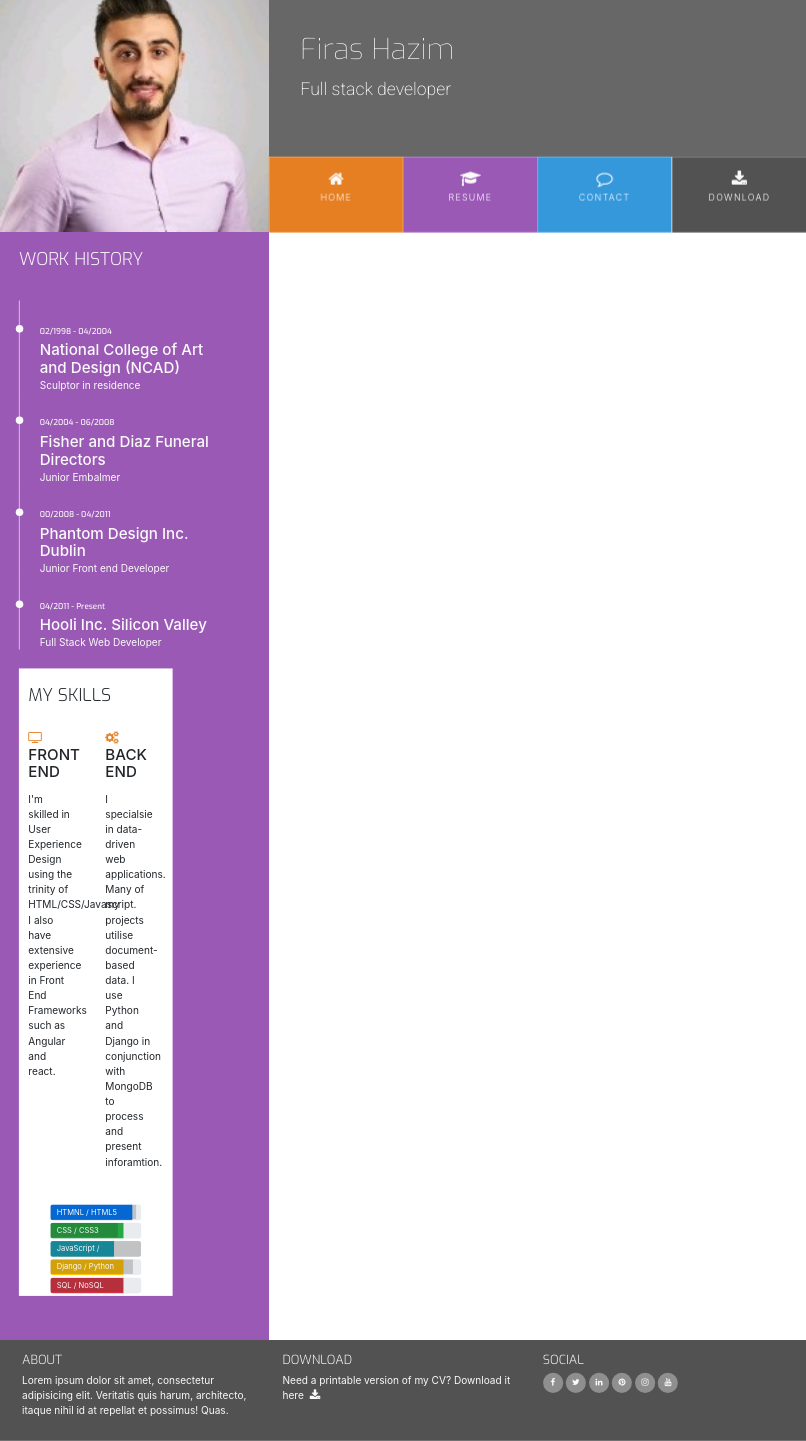
Repository: FirasH94/ResumeProject
Page: resume.html
The author's editor kept a record of every edit. The page is drawn from the files as they stood at one moment, then again after the next edit.
The browser window is 1280 px wide. The pictures show the whole page, at 63% of full size.

Above is the page before.

After the next edit:
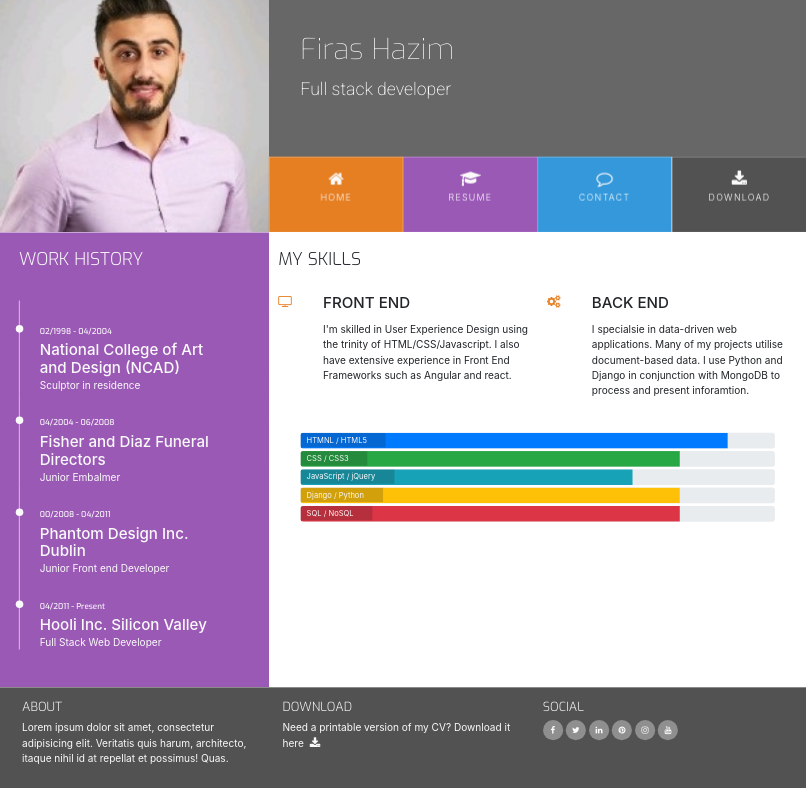
The edit:
--- a/resume.html
+++ b/resume.html
@@ -54,23 +54,24 @@
                         </h3>
                     </div>
                 </div>
-                <div class="history-items">
-                    <div class="timeline-item" data-dates="02/1998 - 04/2004">
-                        <h4>National College of Art and Design (NCAD)</h4>
-                        <p>Sculptor in residence</p>
-                        </div>
-                        <div class="timeline-item" data-dates="04/2004 - 06/2008">
-                            <h4>Fisher and Diaz Funeral Directors</h4>
-                            <p>Junior Embalmer</p>
-                        </div>
-                        <div class="timeline-item" data-dates="00/2008 - 04/2011">
-                            <h4>Phantom Design Inc. Dublin</h4>
-                            <p>Junior Front end Developer</p>
-                        </div>
-                        <div class="timeline-item" data-dates="04/2011 - Present">
-                            <h4>Hooli Inc. Silicon Valley</h4>
-                            <p>Full Stack Web Developer</p>
-                        </div>
+                    <div class="history-items">
+                        <div class="timeline-item" data-dates="02/1998 - 04/2004">
+                            <h4>National College of Art and Design (NCAD)</h4>
+                            <p>Sculptor in residence</p>
+                            </div>
+                            <div class="timeline-item" data-dates="04/2004 - 06/2008">
+                                <h4>Fisher and Diaz Funeral Directors</h4>
+                                <p>Junior Embalmer</p>
+                            </div>
+                            <div class="timeline-item" data-dates="00/2008 - 04/2011">
+                                <h4>Phantom Design Inc. Dublin</h4>
+                                <p>Junior Front end Developer</p>
+                            </div>
+                            <div class="timeline-item" data-dates="04/2011 - Present">
+                                <h4>Hooli Inc. Silicon Valley</h4>
+                                <p>Full Stack Web Developer</p>
+                            </div>
+                    </div>
             </div>
 
             <div class="col-md-8 bg-color-three-reasons">
